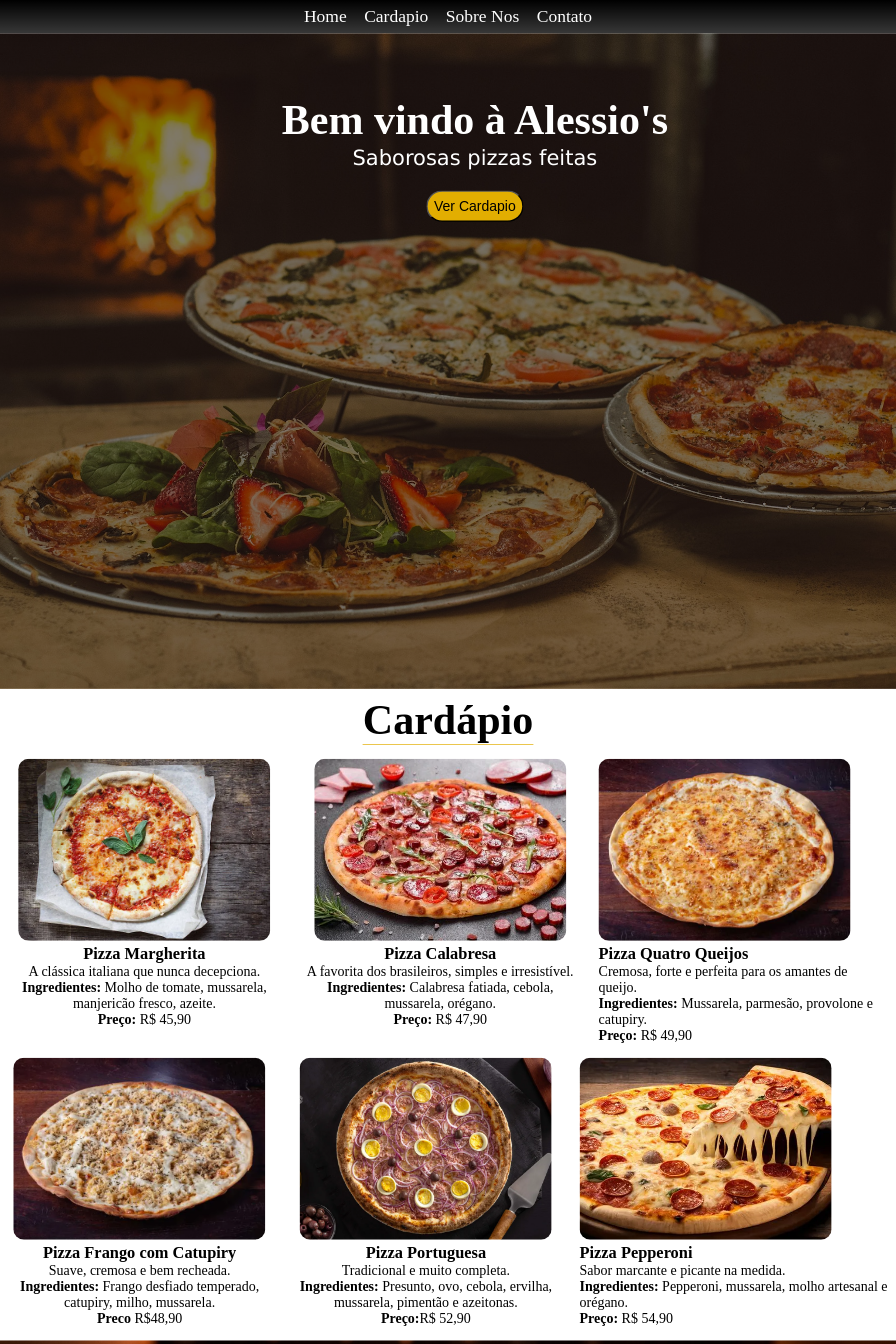
Repository: Mateushlp/landing-page-pizza
Page: index.html
The author's editor kept a copy of each file at every save. The page is drawn from the files as they stood at one save, then again after a run of saves.
The browser window is 1280 px wide. The pictures show the part of the page from y = 0 to 1920 px (the page is 2788 px tall), at 70% of full size.

Above is the page before, as saved 2026-05-03 11:03:27.

### index.html
<!DOCTYPE html>
<html lang="en">
<head>
    <meta charset="UTF-8">
    <meta name="viewport" content="width=device-width, initial-scale=1.0">
    <link rel="stylesheet" href="style.css">
    <title>Document</title>
</head>
<body>
    <header>
        <nav>
            <ul>
                <li> <a href="http://"> Home</li></a>
                <li> <a href="http://">Cardapio</li></a>
                <li> <a href="http://">Sobre Nos</li></a>
                <li> <a href="http://">Contato</li></a>
            </ul>
        </nav>
    </header>

    <section class="inicio">
        <div class="texto">
        <h1>Bem vindo à Alessio's</h1>
        <p>Saborosas pizzas feitas </p>
        <button class="btn1">Ver Cardapio</button>
        </div>
    </section>

    <section class="cardapio">
        <h2 class="cardapio1">Cardápio</h2>
    </section>

    <div class="prato">
        <div class="pratos1">
            <img src="./img/margherita-pizza.jpg" alt="">
            <h3>Pizza Margherita</h3>
            <p> A clássica italiana que nunca decepciona. <br>
          <strong>Ingredientes:</strong>  Molho de tomate, mussarela, manjericão fresco, azeite. <br>
        <strong>Preço:</strong> R$ 45,90
    </p>
        </div>
            <div class="pratos2">
                <img src="./img/3140217-pizza-calabresa.jpg" alt="">
                <h3>Pizza Calabresa</h3>
                <p>A favorita dos brasileiros, simples e irresistível. <br>
                <strong>Ingredientes:</strong> Calabresa fatiada, cebola, mussarela, orégano. <br>
                    <strong>Preço:</strong> R$ 47,90
            </p>
            </div>
                <div class="pratos3">
                    <img src="./img/Quatro-Queijos.jpg" alt="">
                    <h3>Pizza Quatro Queijos</h3>
                    <p>Cremosa, forte e perfeita para os amantes de queijo. <br>
                    <strong>Ingredientes:</strong>  Mussarela, parmesão, provolone e catupiry. <br>
                        <strong>Preço: </strong>R$ 49,90
                </p>
                </div>
                </div>

                <div class="prato2">
                <div class="pratos1">
                    <img src="./img/Frango-com-Catupiry-2.jpg" alt="">
                    <h3>Pizza Frango com Catupiry</h3>
                    <p>Suave, cremosa e bem recheada. <br>
                   <strong>Ingredientes:</strong> Frango desfiado temperado, catupiry, milho, mussarela. <br>
                   <strong>Preco </strong> R$48,90
                </p>
                </div>
                <div class="pratos2">
                    <img src="./img/pizza-portuguesa.jpg" alt="">
                    <h3>Pizza Portuguesa</h3>
                    <p>Tradicional e muito completa. <br>
                   <strong>Ingredientes:</strong>  Presunto, ovo, cebola, ervilha, mussarela, pimentão e azeitonas. <br>
                    <strong>Preço:</strong>R$ 52,90
                </p>
                </div>
                <div class="pratos3">
                    <img src="./img/the-pepperoni-pizza-and-a-piece-of-streched-cheese-pizza-with-ai-generated-free-photo.jpg" alt="">
                    <h3>Pizza Pepperoni</h3>
                    <p>Sabor marcante e picante na medida. <br>
                  <strong>Ingredientes:</strong>   Pepperoni, mussarela, molho artesanal e orégano. <br>
                <strong>Preço:</strong> R$ 54,90</p>

                </div>
                </div>
                </div>




    <section class="sobre">
        <div class="sobre1">
        <h2>Sobre nos</h2>
        <p>Nossa pizzaria e dedicada a criar as melhores pizzas do mundo com ingrendientes frescos e receitas exclusivas</p>
    </div>
    </section>

<section id="contato" class="contato">
    <h2>Contato</h2>

    <div class="contato-info">
        <div class="box">
            <h3>Telefone</h3>
            <p>(35) 99744-0140</p>
        </div>

        <div class="box">
            <h3>Endereço</h3>
            <p>Rua Tal Tal, Nº 123 , Centro , Lavras/MG</p>
        </div>

        <div class="box">
            <h3>Email</h3>
            <p>mateus@gmail.com</p>
        </div>
            <div class="box">
                <h3>Hórario de Funcionamento</h3>
                <p>Segunda a Sábado 11h00 às 23h00 - Domingo: 16h00 às 23H00</p>
            </div>
    </div>
</section>
        <div class="pedir">
        <button class="btn2">Peca Agora Mesmo!</button>
        </div>


    <footer>
        <h2>&copy; 2025 Alessio's Pizzaria</h2>
    </footer>

</body>
</html>

### style.css
*{
    margin:0;
    padding: 0;
    box-sizing: border-box;
}

nav ul {
    display: flex;
    gap: 25px;
    list-style: none;
    justify-content: center;
    font-size: 25px;
    padding: 10px;
     background: linear-gradient(to bottom, rgb(00, 0, 0), rgba(0,0,0,0.78));
}

nav ul a{
    text-decoration: none;
    color: #fff;
    margin-top: 10px;
}

nav ul a:hover{
    border-radius: 20px;
    background-color: black;
    color: #af8600;
}

.inicio{
     background:
        linear-gradient(rgba(0,0,0,0.5), rgba(0,0,0,0.5)),
        url(./img/background-meio.jpg);
    background-size: cover;
    background-position: center;
    height: 130vh;
}

.texto{
    display: flex;
    flex-direction: column;
    align-items: center;
    color: #fff;
    padding-top: 7%;
    padding-left: 6%;
    font-size: 40px;
}
.texto p{
    font-family: 'Lucida Sans', 'Lucida Sans Regular', 'Lucida Grande', 'Lucida Sans Unicode', Geneva, Verdana, sans-serif;
    font-size: 30px;

}
.btn1{
 background-color: #e2ae01;
 border-radius: 30px;
 font-size: 20px;
 margin-top: 30px;
 padding: 9px;
 cursor:pointer;
}
.cardapio{
    text-align: center;
    padding: 10px;
    font-size: 40px;
}
.cardapio1{
    display: inline-block;
    border-bottom: 1px solid #e2ae01;
}
.prato{
    margin: 10px;
    display: flex;
    gap: 30px;
    font-size: 20px;
    margin-bottom: 20px;
}

.prato2{
    margin: 10px;
    display: flex;
    gap: 30px;
    font-size: 20px;
    margin-bottom: 20px;
}


.prato img,
.prato2 img {
    width: 50vh;
    height: 260px;
    object-fit: cover;
    border-radius: 15px;
}
.pratos1,
.pratos2 {
    width: 35%;
    text-align: center;
}

.sobre{
    background-image: url(./img/background.jpg);
    background-size: cover;
    background-position: center;
    height: 50vh;
}
.sobre1{
    display: flex;
    align-items: center;
    padding-top: 40px;
    font-size: 30px;
    flex-direction: column;
    color: #fff;
}
.sobre1 p{
    font-size: 20px;
}

.contato {
    padding: 50px 0;
    text-align: center;
}

.contato-info {
    display: flex;
    justify-content: center;
    gap: 60px;
    margin-top: 20px;
    flex-wrap: wrap;
}

.contato-info .box {

    padding: 20px 30px;
    border-radius: 15px;

}

.contato-info h3 {
    font-size: 24px;
    color: #af8600;
}

.contato-info p {
    font-size: 18px;
    color: #000;
}

.pedir{
    display: flex;
    justify-content: center;
    align-items: center;
    text-align: center;
}
.btn2{
     background-color: #e2ae01;
 border-radius: 30px;
 font-size: 20px;
 margin-bottom: 20px;
 padding: 9px;
 cursor:pointer;

}
footer{
      background-color: #1a1a1a;
      color: #d4af37;
  text-align: center;
  padding: 20px;
  font-size: 14px;
}

After the next 2 saves:
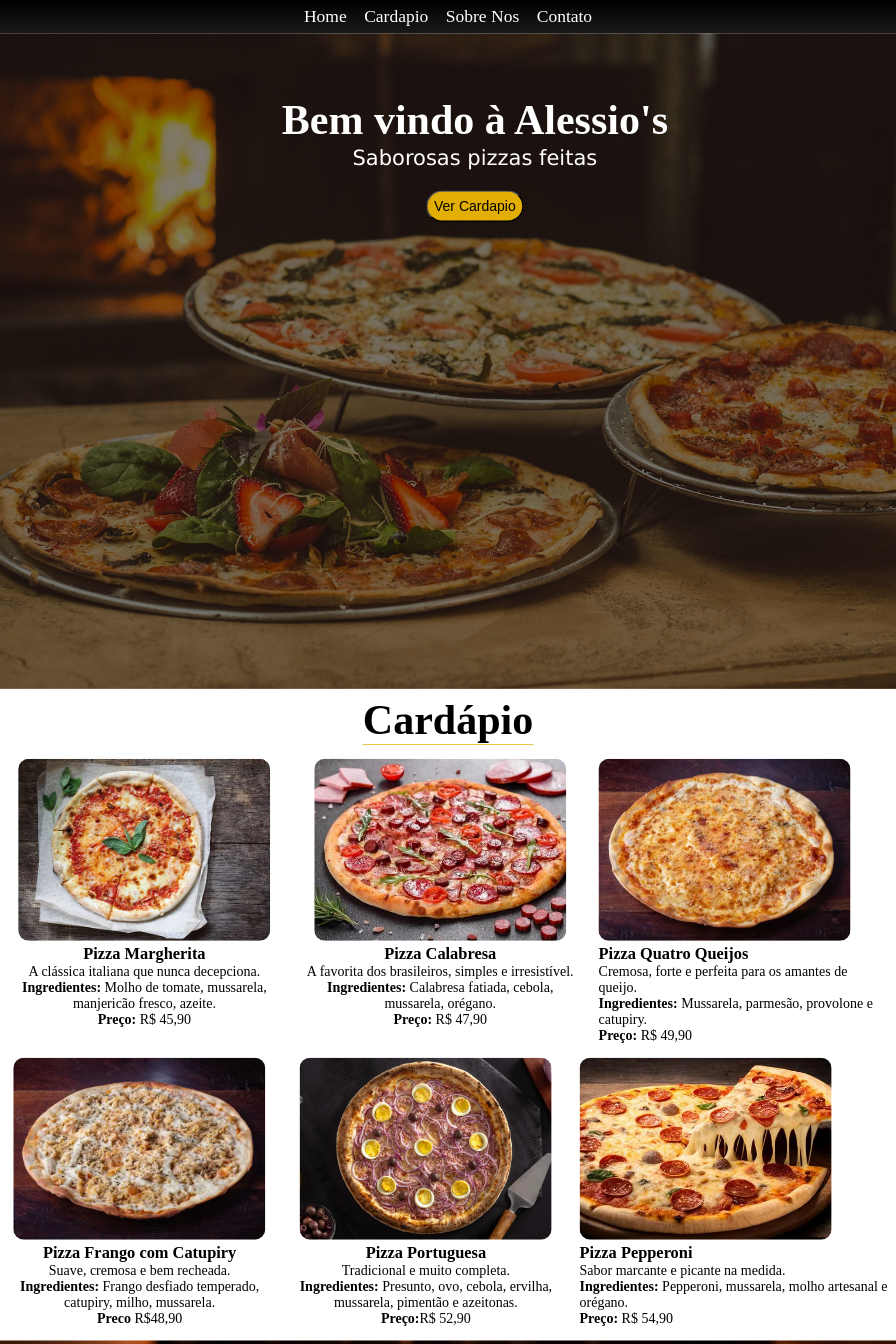
The 2 saves are shown as one change because they came seconds apart.
The last was saved 10 s later.
--- a/style.css
+++ b/style.css
@@ -11,7 +11,7 @@ nav ul {
     justify-content: center;
     font-size: 25px;
     padding: 10px;
-     background: linear-gradient(to bottom, rgb(00, 0, 0), rgba(0,0,0,0.78));
+     background: linear-gradient(to bottom, rgb(00, 0, 0), rgba(0,0,0,0.90));
 }
 
 nav ul a{
